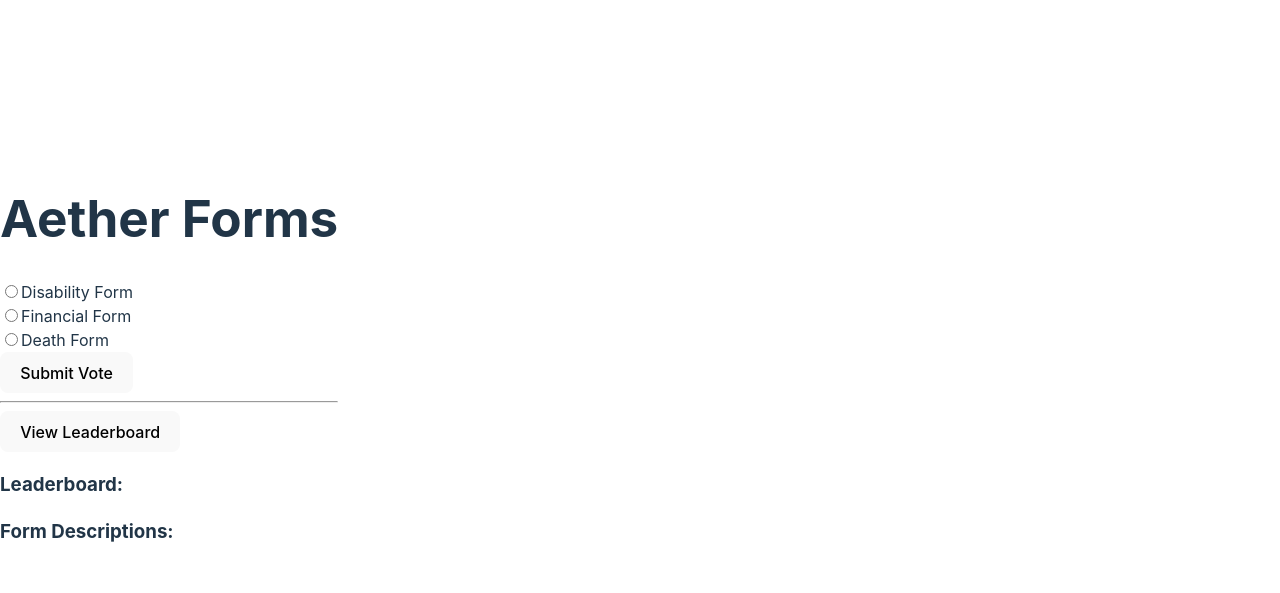
Repository: Jennica1/Aether-Top-Forms
Page: / (app in form-leaderboard-frontend/)
The author's editor kept a copy of each file at every save. The page is drawn from the files as they stood at one save, then again after the next save.
The browser window is 1280 px wide. The pictures show the whole page.
The project was rebuilt for these pictures with package versions that can differ from the ones it lists, and the page was loaded fresh each time. Also part of the build but not shown: form-leaderboard-frontend/vite.config.js.

Above is the page before, as saved 2024-11-26 21:09:38.

After the next save:
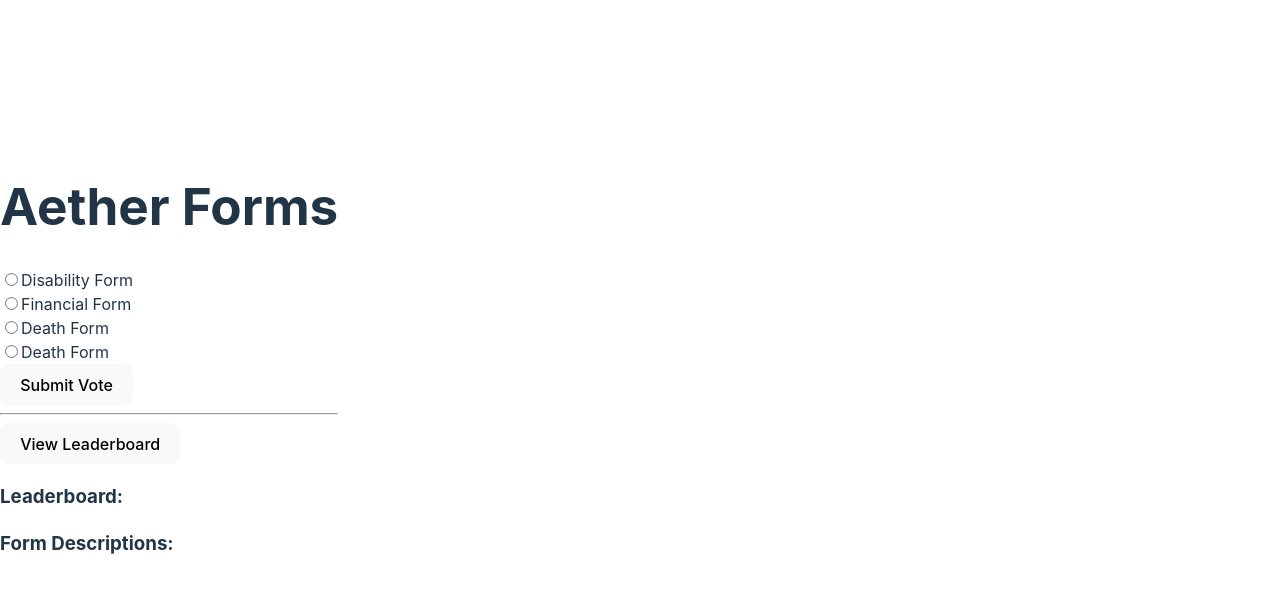
Saved 72 s later.
--- a/form-leaderboard-frontend/src/formDescriptions.json
+++ b/form-leaderboard-frontend/src/formDescriptions.json
@@ -10,5 +10,9 @@
   {
     "formType": "Death Form",
     "description": "A form for processing claims related to death benefits."
+  },
+  {
+    "formType": "Death Form",
+    "description": "A form for processing claims related to death benefits."
   }
 ]
